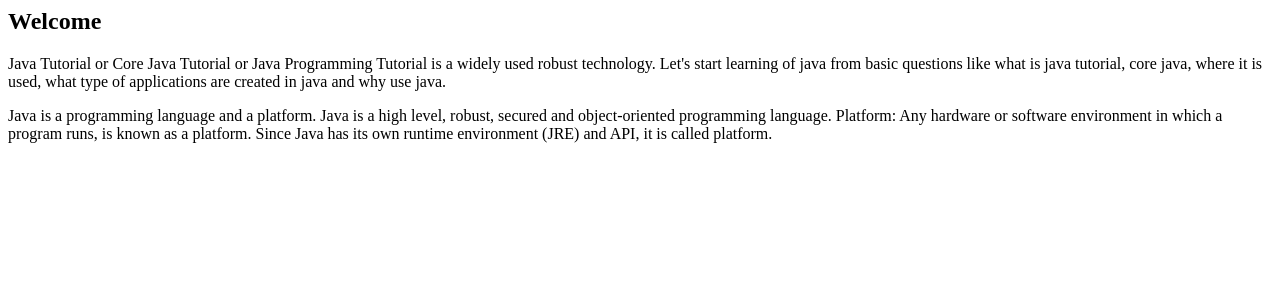
Repository: Dipak27/Dipak-s-front-end
Page: http://localhost/Traning_Management/maincontent.jsp
The author's editor kept a copy of each file at every save. The page is drawn from the files as they stood at one save, then again after the next save.
The browser window is 1280 px wide. The pictures show the whole page.
The page is served by Tomcat 9. Other server files are loaded and not shown.

Above is the page before, as saved 2016-11-09 09:53:30.

### Training Management Project/Traning_Management/src/main/webapp/maincontent.jsp
<!-- CONTENTS START -->


	<div class="container_24">

		<div class="grid_24">
			<div class="contents">

				<div class="grid_24 omega">
					<div class="padding_20 text-justify">
								<h2>Welcome</h2>
						  			<p> Java Tutorial or Core Java Tutorial or Java Programming Tutorial is a widely used robust technology. Let's start learning of java from basic questions like what is java tutorial, core java, where it is used, what type of
						  			 applications are created in java and why use java.</p>
						  			 <p>Java is a programming language and a platform.

Java is a high level, robust, secured and object-oriented programming language.

Platform: Any hardware or software environment in which a program runs, is known as a platform. Since Java has its own runtime environment (JRE) and API, it is called platform.</p>





					</div>
				</div>



				<div class="clear"></div>
				<div class="padding_20 text-justify">

				</div>
			</div>
		</div>
	</div>
	<!-- CONTENTS END -->

After the next save:
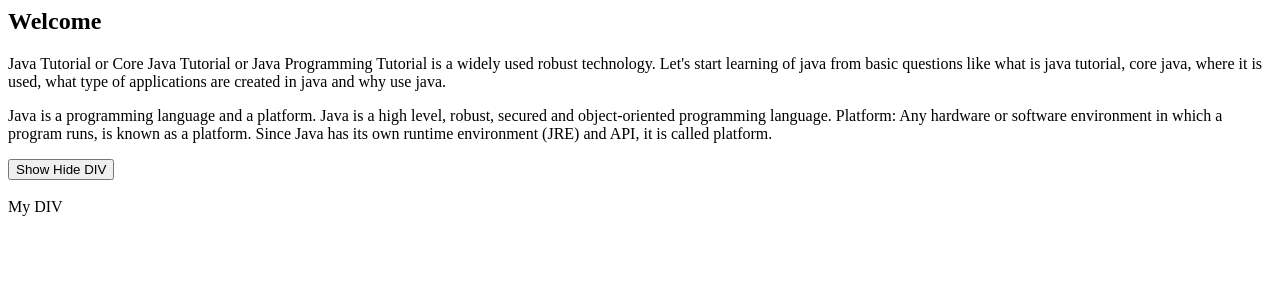
Console error: ReferenceError: mainApp is not defined
Saved 110 s later.
--- a/Training Management Project/Traning_Management/src/main/webapp/maincontent.jsp
+++ b/Training Management Project/Traning_Management/src/main/webapp/maincontent.jsp
@@ -18,7 +18,23 @@
 Platform: Any hardware or software environment in which a program runs, is known as a platform. Since Java has its own runtime environment (JRE) and API, it is called platform.</p>
 
 
+    <script type="text/javascript">
 
+        mainApp.controller('MyController', function ($scope) {
+            //This will hide the DIV by default.
+            $scope.IsVisible = false;
+            $scope.ShowHide = function () {
+                //If DIV is visible it will be hidden and vice versa.
+                $scope.IsVisible = $scope.IsVisible ? false : true;
+            }
+        });
+    </script>
+    <div ng-app="MyApp" ng-controller="MyController">
+        <input type="button" value="Show Hide DIV" ng-click="ShowHide()" />
+        <br />
+        <br />
+        <div ng-show = "IsVisible">My DIV</div>
+    </div>
 
 
 					</div>

After the save that followed:
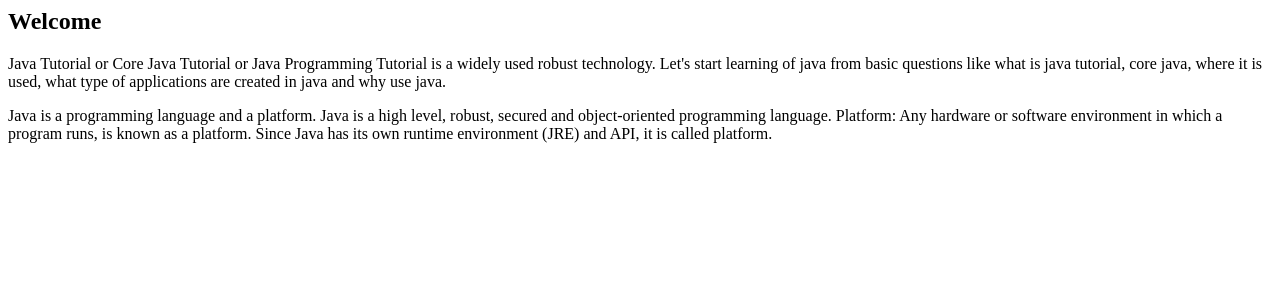
The error is gone.
Saved 4 min 25 s later.
--- a/Training Management Project/Traning_Management/src/main/webapp/maincontent.jsp
+++ b/Training Management Project/Traning_Management/src/main/webapp/maincontent.jsp
@@ -18,23 +18,6 @@
 Platform: Any hardware or software environment in which a program runs, is known as a platform. Since Java has its own runtime environment (JRE) and API, it is called platform.</p>
 
 
-    <script type="text/javascript">
-
-        mainApp.controller('MyController', function ($scope) {
-            //This will hide the DIV by default.
-            $scope.IsVisible = false;
-            $scope.ShowHide = function () {
-                //If DIV is visible it will be hidden and vice versa.
-                $scope.IsVisible = $scope.IsVisible ? false : true;
-            }
-        });
-    </script>
-    <div ng-app="MyApp" ng-controller="MyController">
-        <input type="button" value="Show Hide DIV" ng-click="ShowHide()" />
-        <br />
-        <br />
-        <div ng-show = "IsVisible">My DIV</div>
-    </div>
 
 
 					</div>
